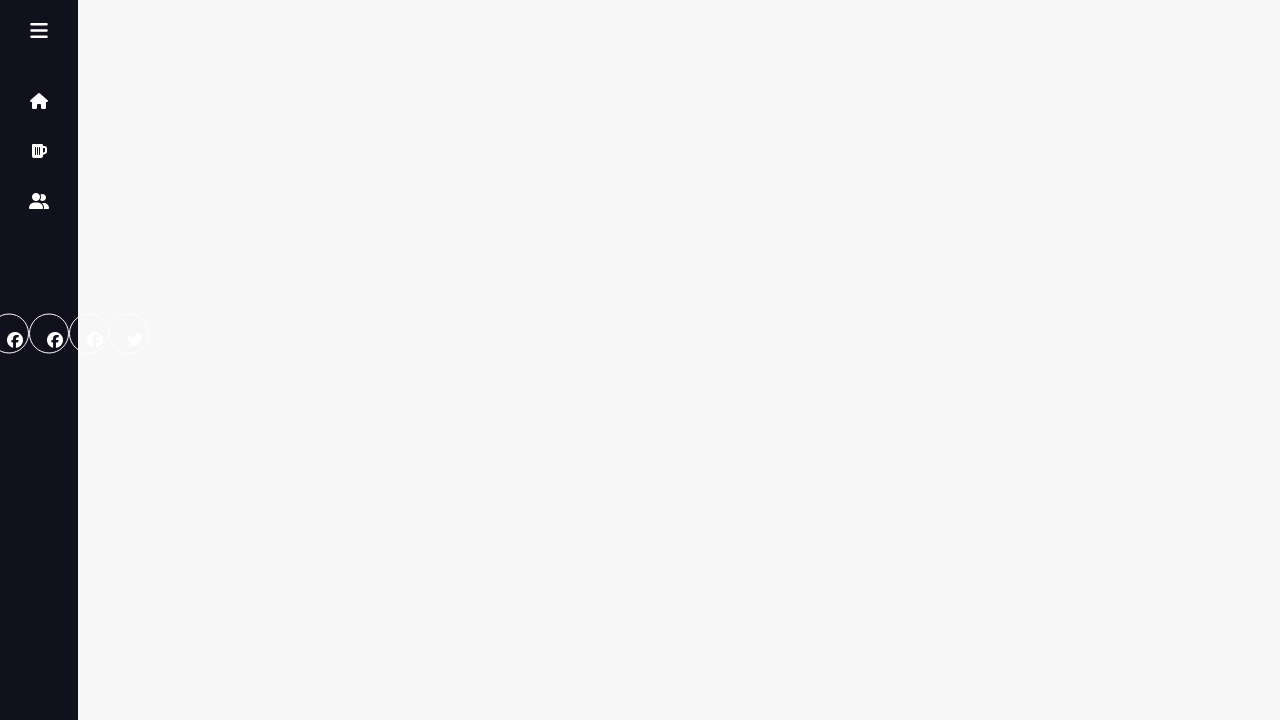
Repository: Nic98/MilkTeaWebsite
Page: mywebsite.html
The author's editor kept a copy of each file at every save. The page is drawn from the files as they stood at one save, then again after the next save.
The browser window is 1280 px wide. The pictures show the whole page.
Some web libraries are served in a nearby version.

Above is the page before, as saved 2024-05-28 23:09:53.

After the next save:
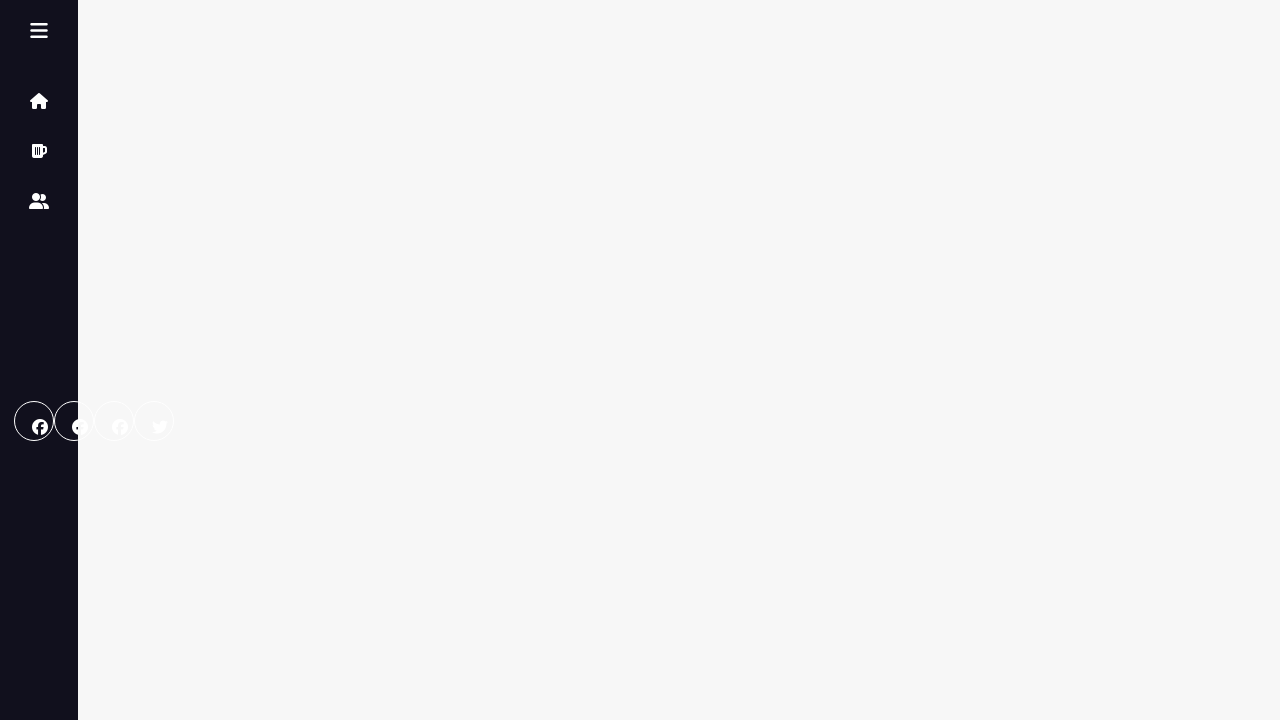
Saved 8 s later.
--- a/mywebsite.css
+++ b/mywebsite.css
@@ -265,7 +265,7 @@
 .contact_list {
   display: flex;
   position: absolute;
-  transform: translate(-50%, -50%);
+
   padding-top: 250%;
   position: relative;
   top: 30px;

After the save that followed:
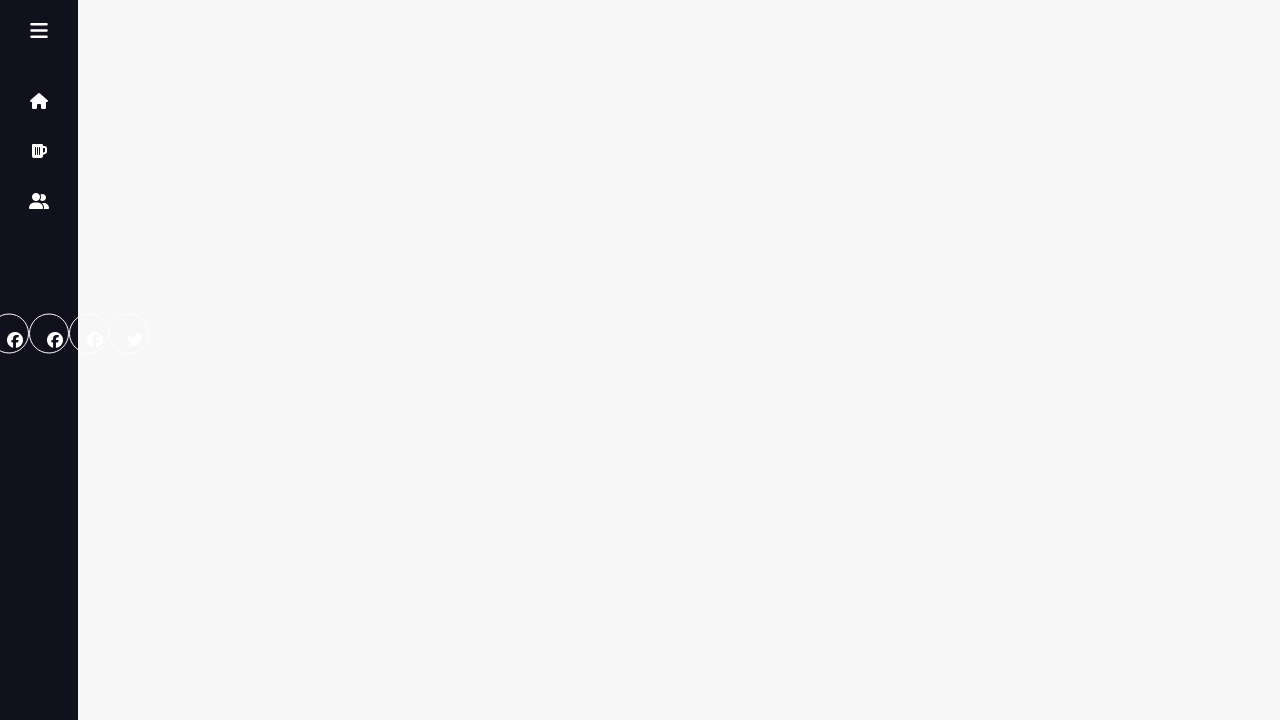
Saved 4 s later.
--- a/mywebsite.css
+++ b/mywebsite.css
@@ -265,7 +265,7 @@
 .contact_list {
   display: flex;
   position: absolute;
-
+  transform: translate(-50%, -50%);
   padding-top: 250%;
   position: relative;
   top: 30px;
